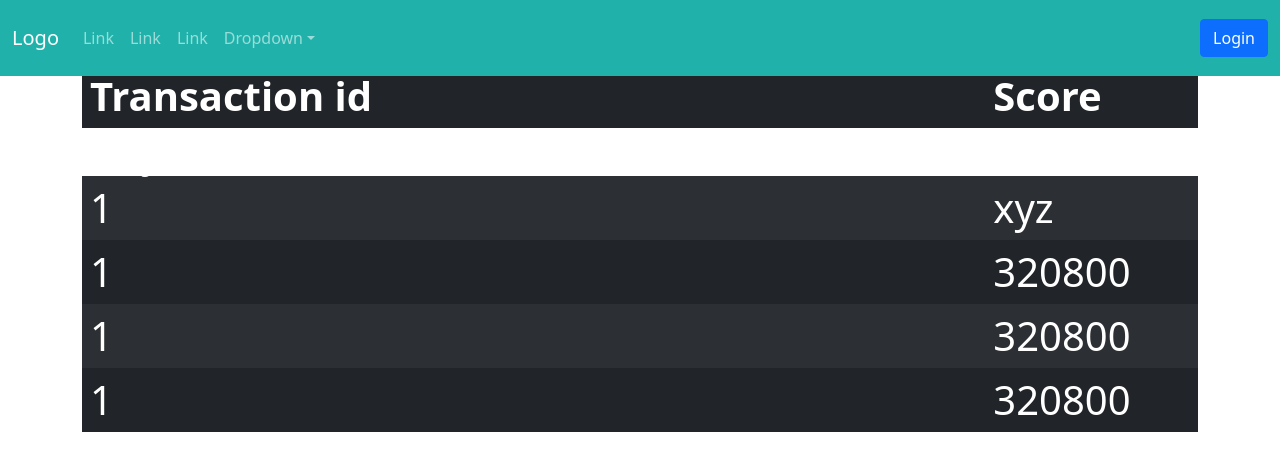
Repository: Sadia-Naveed-Shaikh/JavaScript-Website
Page: src/Listing.html
The author's editor kept a copy of each file at every save. The page is drawn from the files as they stood at one save, then again after the next save.
The browser window is 1280 px wide. The pictures show the whole page.
Some web libraries are served in a nearby version.

Above is the page before, as saved 2021-10-28 16:27:04.

### src/Listing.html
<!DOCTYPE html>

<html>

<head>
    <title>Listing</title>
    <meta charset="utf-8">
    <meta name="viewport" content="width=device-width, initial-scale=1">
    <link href="https://cdn.jsdelivr.net/npm/bootstrap@5.1.1/dist/css/bootstrap.min.css" rel="stylesheet">
    <script src="https://cdn.jsdelivr.net/npm/bootstrap@5.1.1/dist/js/bootstrap.bundle.min.js"></script>
    <script src="https://kit.fontawesome.com/2246d8fd03.js" crossorigin="anonymous"></script>
</head>


<body>

    <nav class="navbar navbar-expand-sm  navbar-dark fixed-top" style="background-color: #20b2aa">
        <div class="container-fluid" style="background-color: #20b2aa; height:60px">
            <a class="navbar-brand" href="#">Logo</a>
            <button class="navbar-toggler" type="button" data-bs-toggle="collapse" data-bs-target="#collapsibleNavbar">
                <span class="navbar-toggler-icon"></span>
            </button>
            <div class="collapse navbar-collapse" id="collapsibleNavbar">
                <ul class="navbar-nav">
                    <li class="nav-item">
                        <a class="nav-link" href="#">Link</a>
                    </li>
                    <li class="nav-item">
                        <a class="nav-link" href="#">Link</a>
                    </li>
                    <li class="nav-item">
                        <a class="nav-link" href="#">Link</a>
                    </li>
                    <li class="nav-item dropdown">
                        <a class="nav-link dropdown-toggle" href="#" role="button"
                            data-bs-toggle="dropdown">Dropdown</a>
                        <ul class="dropdown-menu">
                            <li><a class="dropdown-item" href="#">Transaction</a></li>
                            <li><a class="dropdown-item" href="#">Logs</a></li>
                            <li><a class="dropdown-item" href="#">A third link</a></li>
                        </ul>
                    </li>
                </ul>

            </div>
            <!-- <form class="d-flex">
            <input class="form-control me-2" type="text" placeholder="Search">
            <button class="btn btn-primary" type="button">Search</button>
        </form> -->

            <!-- Button to Open the Modal -->
            <button type="button" class="btn btn-primary" data-bs-toggle="modal" data-bs-target="#myModal"
                style="margin-left: 5px">
                Login
            </button>
        </div>
    </nav>

    <h1>
        Listing

        <div class="container mt-3">
            <table class="table table-dark table-striped table-hover  table-borderless">
                <thead>
                    <tr>
                        <th>Transaction id</th>
                        <th>Score</th>
                    </tr>
                </thead>
                <tbody id='tableContents'>
                </tbody>
            </table>
            <script>
                var record;
                var myObj;
                var Rdata;
                var xhr = new XMLHttpRequest();
                xhr.open("GET", "transaction.json", true);
                xhr.onload = function () {
                    //console.log(xhr.responseText);
                    record = xhr.responseText;
                    myObj = JSON.parse(record);
                    // console.log(record);
                    // console.log(myObj.data);
                    console.log(myObj.length);
                    var table = document.getElementById('tableContents');
                    // var tableContents = '<tr><td>' + record[0] + '</td><td>' + record[0] + '</td></tr>';
                    for (let i = 0; i < myObj.length; i++) {
                        tableContents += '<tr><td>' + myObj[i].id + '</td><td>' + myObj[i].name + '</td></tr>';
                    }
                    table.innerHTML = tableContents;
                };
                xhr.send();

            </script>

        </div>
    </h1>
</body>


</html>

### src/transaction.json
[
    {
        "id": 1,
        "tran_id": "tran1",
        "name": "xyz",
        "email": "",
        "date": 61,
        "amount": "",
        "currency": "",
        "key8": "",
        "key9": "",
        "key10": "",
        "key11": "",
        "key12":"",
        "key13":"",
        "key14":"",
        "key15":""
    },
    {
        "id": 1,
        "tran_id": "Tiger Nixon",
        "name": 320800,
        "email": "",
        "date": 61,
        "amount": "",
        "currency": "",
        "key8": "",
        "key9": "",
        "key10": "",
        "key11": "",
        "key12": "",
        "key13": "",
        "key14": "",
        "key15": ""
    },
    {
        "id": 1,
        "tran_id": "Tiger Nixon",
        "name": 320800,
        "email": "",
        "date": 61,
        "amount": "",
        "currency": "",
        "key8": "",
        "key9": "",
        "key10": "",
        "key11": "",
        "key12": "",
        "key13": "",
        "key14": "",
        "key15": ""
    },
    {
        "id": 1,
        "tran_id": "Tiger Nixon",
        "name": 320800,
        "email": "",
        "date": 61,
        "amount": "",
        "currency": "",
        "key8": "",
        "key9": "",
        "key10": "",
        "key11": "",
        "key12": "",
        "key13": "",
        "key14": "",
        "key15": ""
    }
]

After the next save:
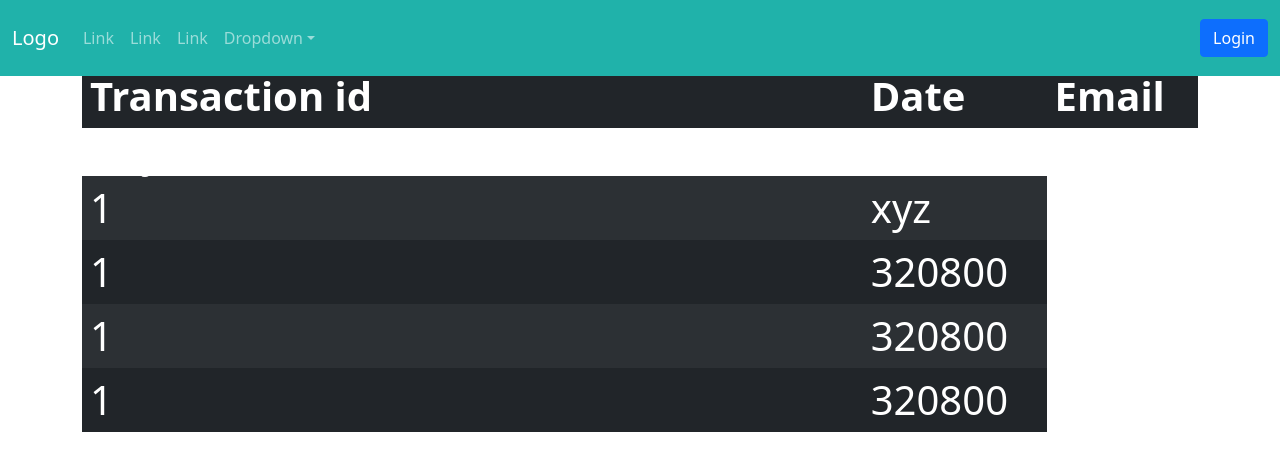
Saved 15 s later.
--- a/src/Listing.html
+++ b/src/Listing.html
@@ -64,7 +64,8 @@
                 <thead>
                     <tr>
                         <th>Transaction id</th>
-                        <th>Score</th>
+                        <th>Date</th>
+                        <th>Email</th>
                     </tr>
                 </thead>
                 <tbody id='tableContents'>
